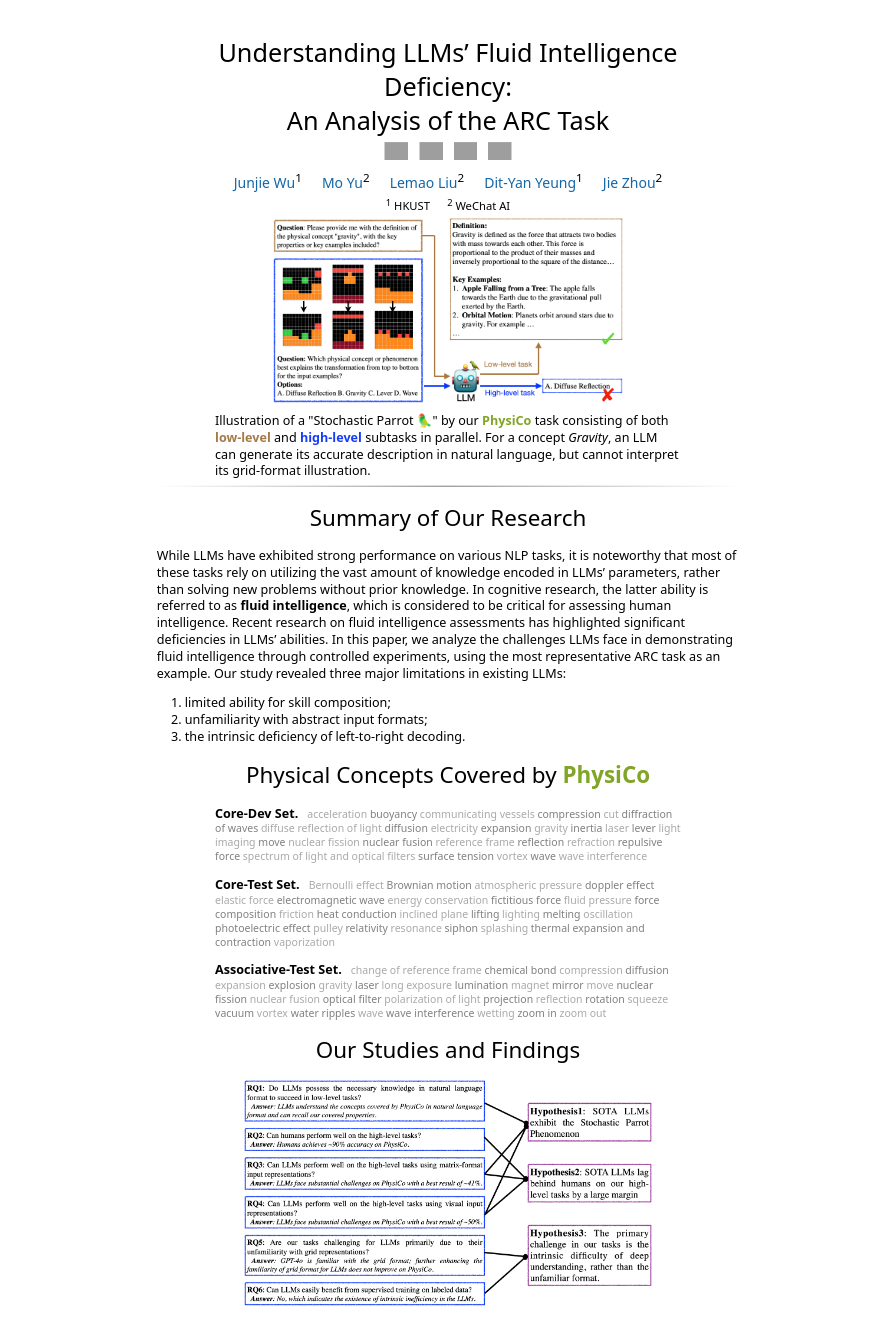
Repository: wujunjie1998/araoc-benchmark.github.io
Page: index.html
An editor plug-in stored every save of this project. The page is shown before and after the next save, followed by the edit.
The browser window is 1280 px wide. The pictures show the whole page, at 70% of full size.
Pictures or frames that could not be fetched are drawn as grey boxes.

Above is the page before, as saved 2025-02-07 21:18:08.

After the next save:
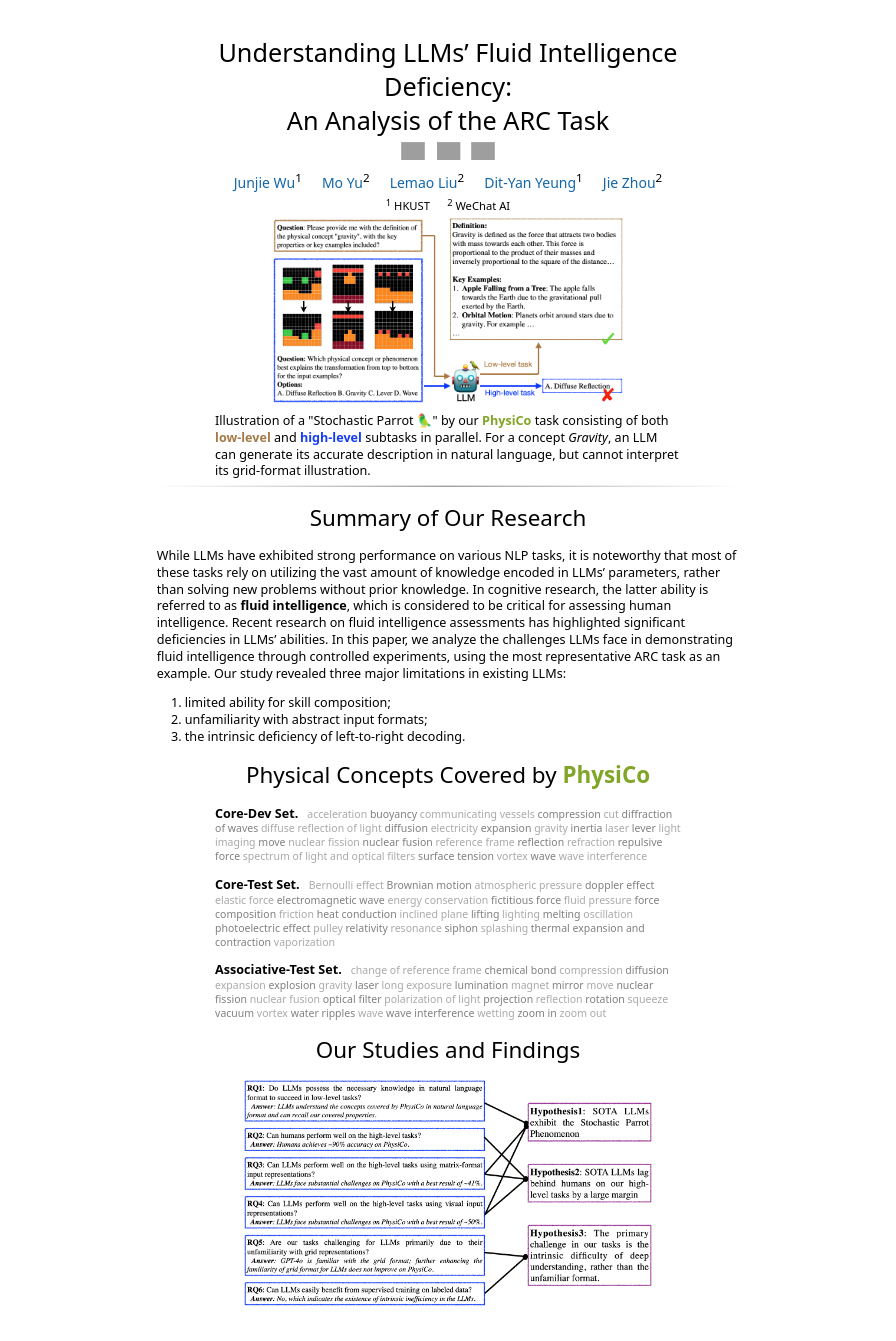
Saved 2 min 21 s later.
--- a/index.html
+++ b/index.html
@@ -42,14 +42,16 @@
         -->
 
         <!-- * Code -->
+         <!--
         <span class="link-block">
           <a target="_blank" href="https://github.com/physico-benchmark/physico"
             ><img
               class="badge"
               src="https://img.shields.io/badge/GitHub-Code-gray?labelColor=lightgray&logo=github&logoColor=gray" /><img /></a
         ></span>
-
+        -->
         <!-- * Leaderboard -->
+
         <span class="link-block">
           <a href="./leaderboard.html"
             ><img
